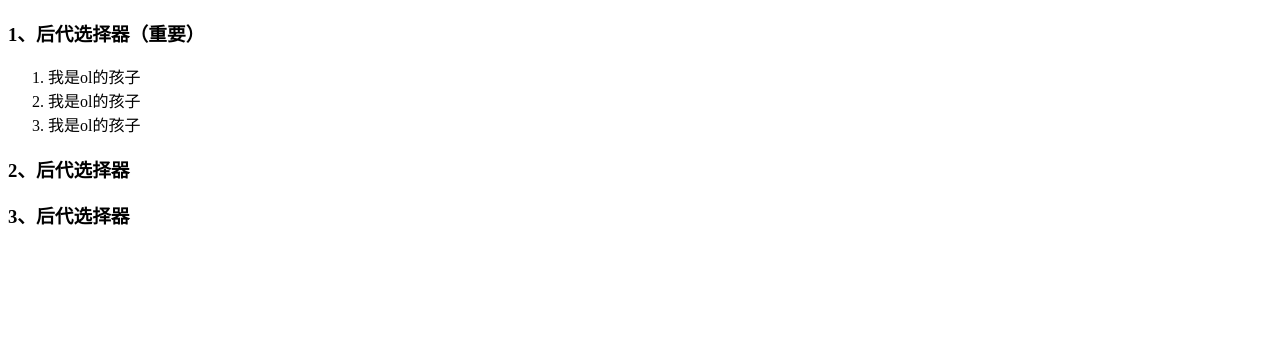
Repository: zhengdeya/web-based
Page: 19-CSS复合选择器.html
These files come from the project's save history. The page is drawn as it stood at one moment and after the next save; the edit follows.
The browser window is 1280 px wide. The pictures show the whole page.

Above is the page before, as saved 2021-03-28 17:20:36.

### 19-CSS复合选择器.html
<!DOCTYPE html>
<html lang="en">

<head>
    <meta charset="UTF-8">
    <meta http-equiv="X-UA-Compatible" content="IE=edge">
    <meta name="viewport" content="width=device-width, initial-scale=1.0">
    <title>CSS复合选择器</title>
    <style>

    </style>
</head>

<body>
    <h3>1、后代选择器（重要）</h3>
    <div>
        <ol>
            <li>我是ol的孩子</li>
            <li>我是ol的孩子</li>
            <li>我是ol的孩子</li>
        </ol>
    </div>
    <h3>2、后代选择器</h3>
    <h3>3、后代选择器</h3>
</body>

</html>

After the next save:
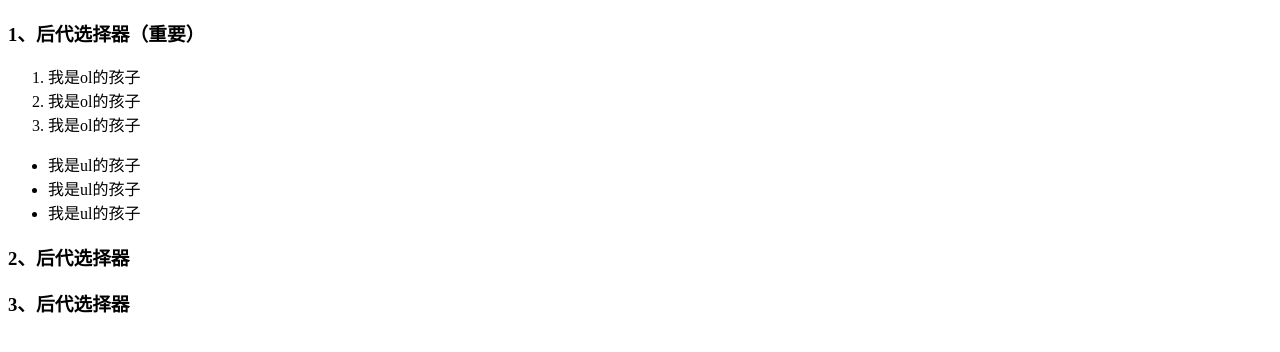
Saved 54 s later.
--- a/19-CSS复合选择器.html
+++ b/19-CSS复合选择器.html
@@ -19,6 +19,12 @@
             <li>我是ol的孩子</li>
             <li>我是ol的孩子</li>
         </ol>
+        <ul>
+            <li>我是ul的孩子</li>
+            <li>我是ul的孩子</li>
+            <li>我是ul的孩子</li>
+
+        </ul>
     </div>
     <h3>2、后代选择器</h3>
     <h3>3、后代选择器</h3>
